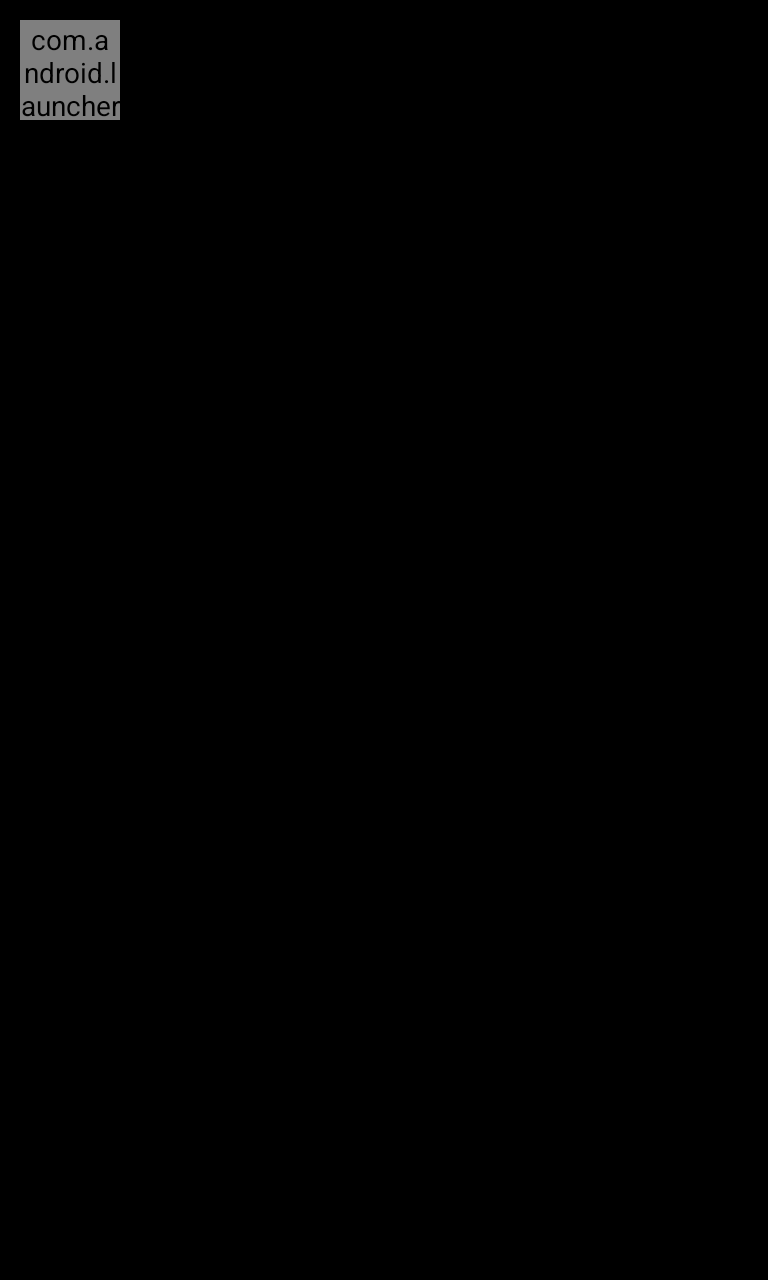
Repository: Nghicv/btl_cac_van_de_hien_dai_cntt
Layout: Launcher3/res/layout/grid_item.xml
An editor plug-in stored every save of this project. The layout is shown before and after the next save, followed by the edit.
Pictures or frames that could not be fetched are drawn as grey boxes. It is drawn on a 768 x 1280 px phone screen (xhdpi) without system bars, with theme android:Theme.Holo; the app's code is not run.

Above is the layout before, as saved 2015-12-08 07:31:21.

### Launcher3/res/layout/grid_item.xml
<FrameLayout xmlns:android="http://schemas.android.com/apk/res/android"
    xmlns:tools="http://schemas.android.com/tools"
    android:layout_width="match_parent"
    android:layout_height="match_parent"
    android:padding="10dp">

    <com.android.launcher3.customview.SquareImageView
        android:id="@+id/image"
        android:layout_width="50dp"
        android:layout_height="50dp"
        android:scaleType="centerCrop"
        android:src="@drawable/empty_photo" />
</FrameLayout>

After the next save:
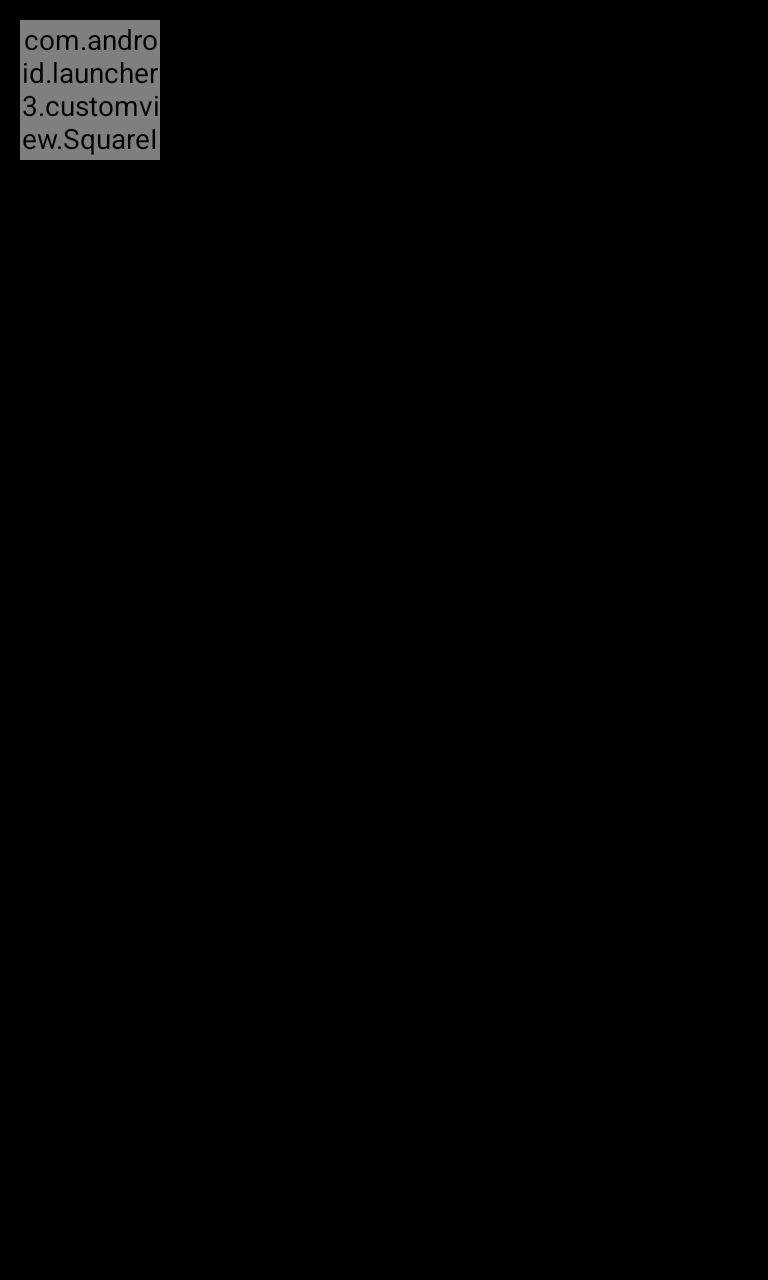
Saved 42 s later.
--- a/Launcher3/res/layout/grid_item.xml
+++ b/Launcher3/res/layout/grid_item.xml
@@ -6,8 +6,8 @@
 
     <com.android.launcher3.customview.SquareImageView
         android:id="@+id/image"
-        android:layout_width="50dp"
-        android:layout_height="50dp"
+        android:layout_width="70dp"
+        android:layout_height="70dp"
         android:scaleType="centerCrop"
         android:src="@drawable/empty_photo" />
 </FrameLayout>
